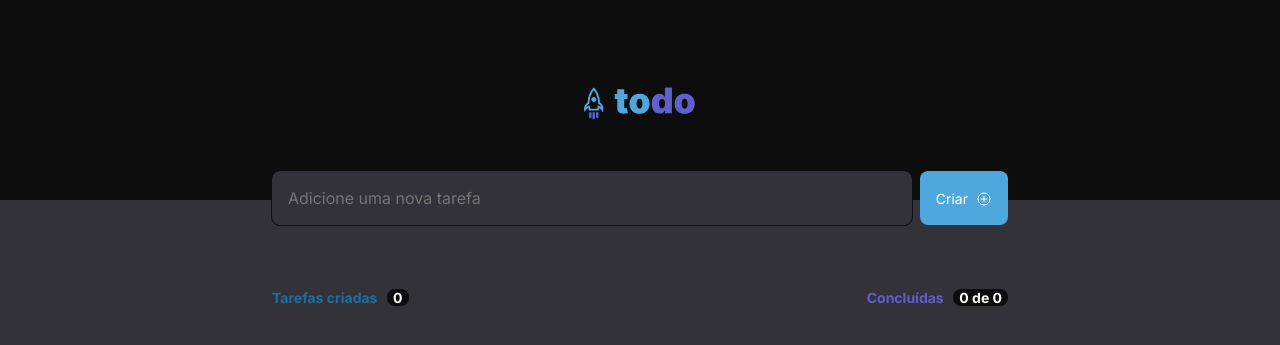
Repository: gabramos90/ignite-todo
Page: /
An editor plug-in stored every save of this project. The page is shown before and after a run of saves, followed by the edit.
The browser window is 1280 px wide. The pictures show the whole page.
The project was rebuilt for these pictures with package versions that can differ from the ones it lists, and the page was loaded fresh each time. Also part of the build but not shown: vite.config.ts, src/components/Tasks/Tasks.tsx.

Above is the page before, as saved 2022-12-02 22:44:35.

After the next 3 saves:
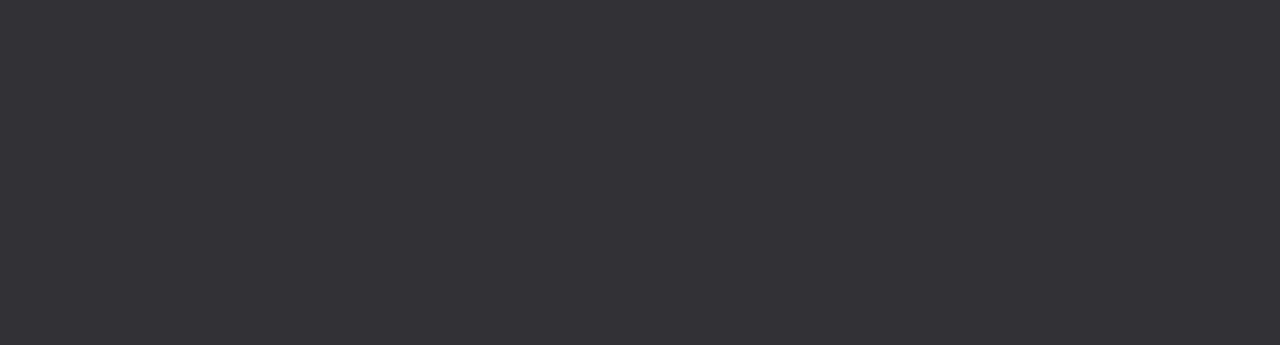
Console error: ReferenceError: handleNewTask is not defined
The 3 saves are shown as one change because they came seconds apart.
The last was saved 92 s later.
--- a/src/App.tsx
+++ b/src/App.tsx
@@ -15,7 +15,7 @@
 export function App() {
   const [tasks, setTasks] = useState<ITask[]>([])
 
-  function saveOnLocalStorage(taskId: string)
+  const myObj =
 
   function handleNewTask(taskTitle: string) {
     setTasks([

After the save that followed:
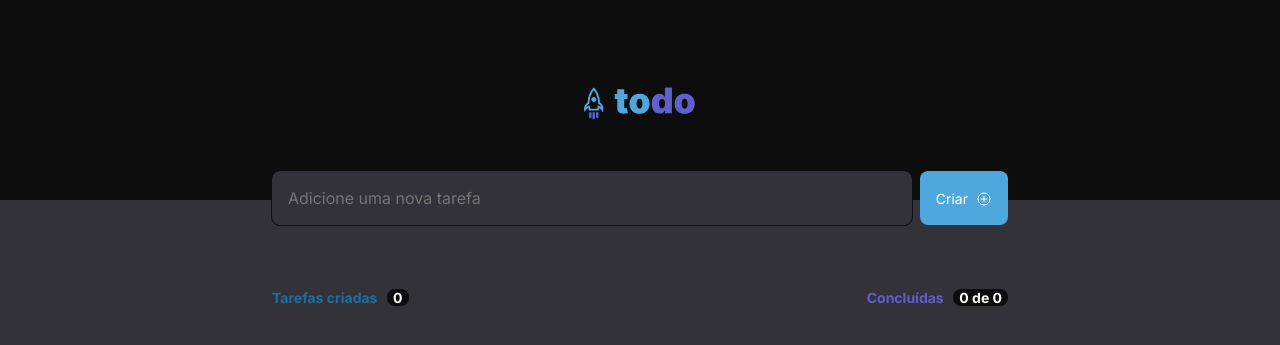
The error is gone.
Saved 5 s later.
--- a/src/App.tsx
+++ b/src/App.tsx
@@ -15,7 +15,9 @@
 export function App() {
   const [tasks, setTasks] = useState<ITask[]>([])
 
-  const myObj =
+  const myObj = {
+
+  }
 
   function handleNewTask(taskTitle: string) {
     setTasks([
